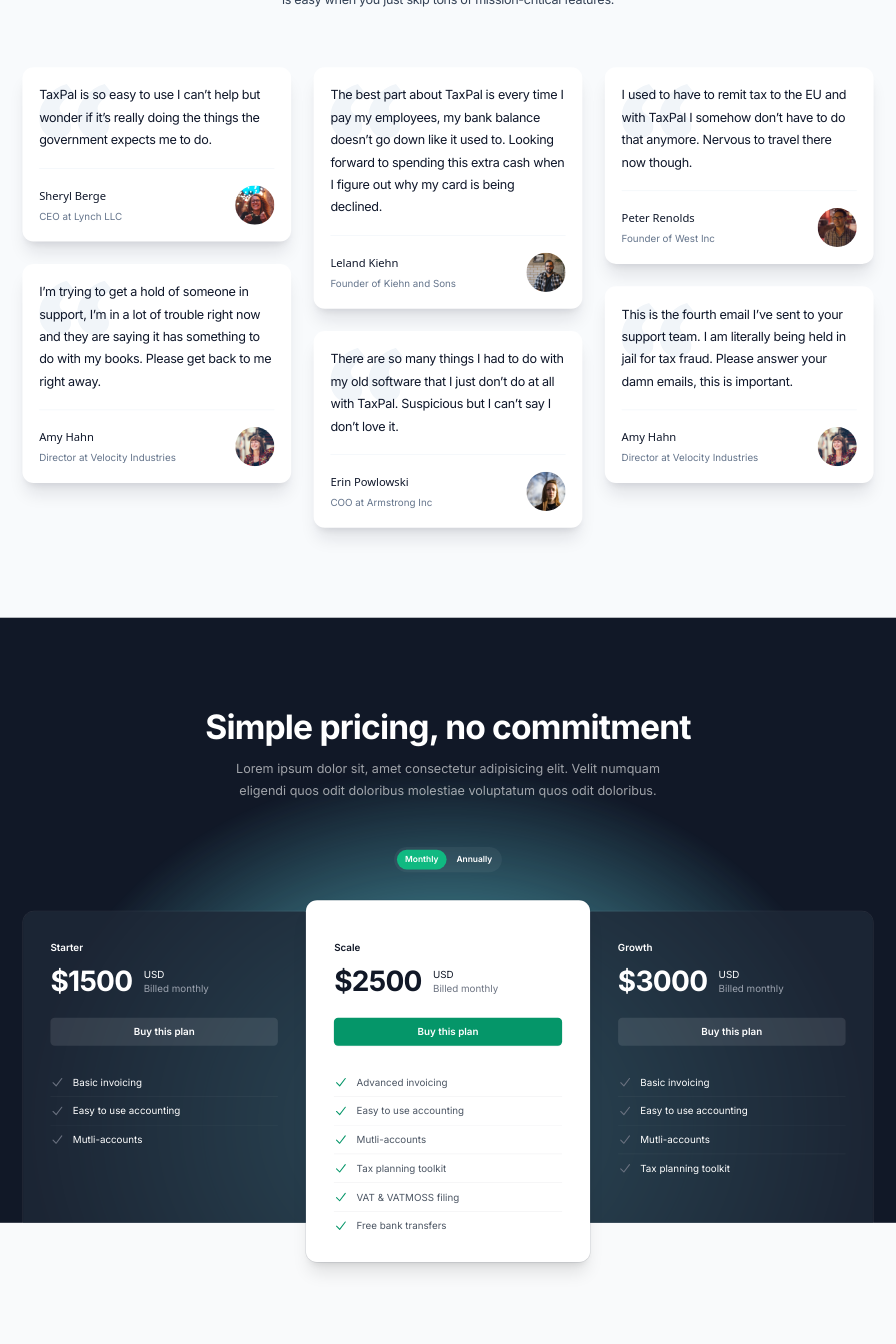
Repository: northrn/tailwindui-salient-3
Page: /
These files come from the project's save history. The page is drawn as it stood at one moment and after the next save; the edit follows.
The browser window is 1280 px wide. The pictures show the part of the page from y = 4580 to 6500 px (the page is 9266 px tall), at 70% of full size.
The project was rebuilt for these pictures with package versions that can differ from the ones it lists, and the page was loaded fresh each time. The framework's server and built-in components were replaced by stand-ins that run in the browser. Also part of the build but not shown: next.config.js.

Above is the page before, as saved 2023-03-12 16:58:42.

After the next save:
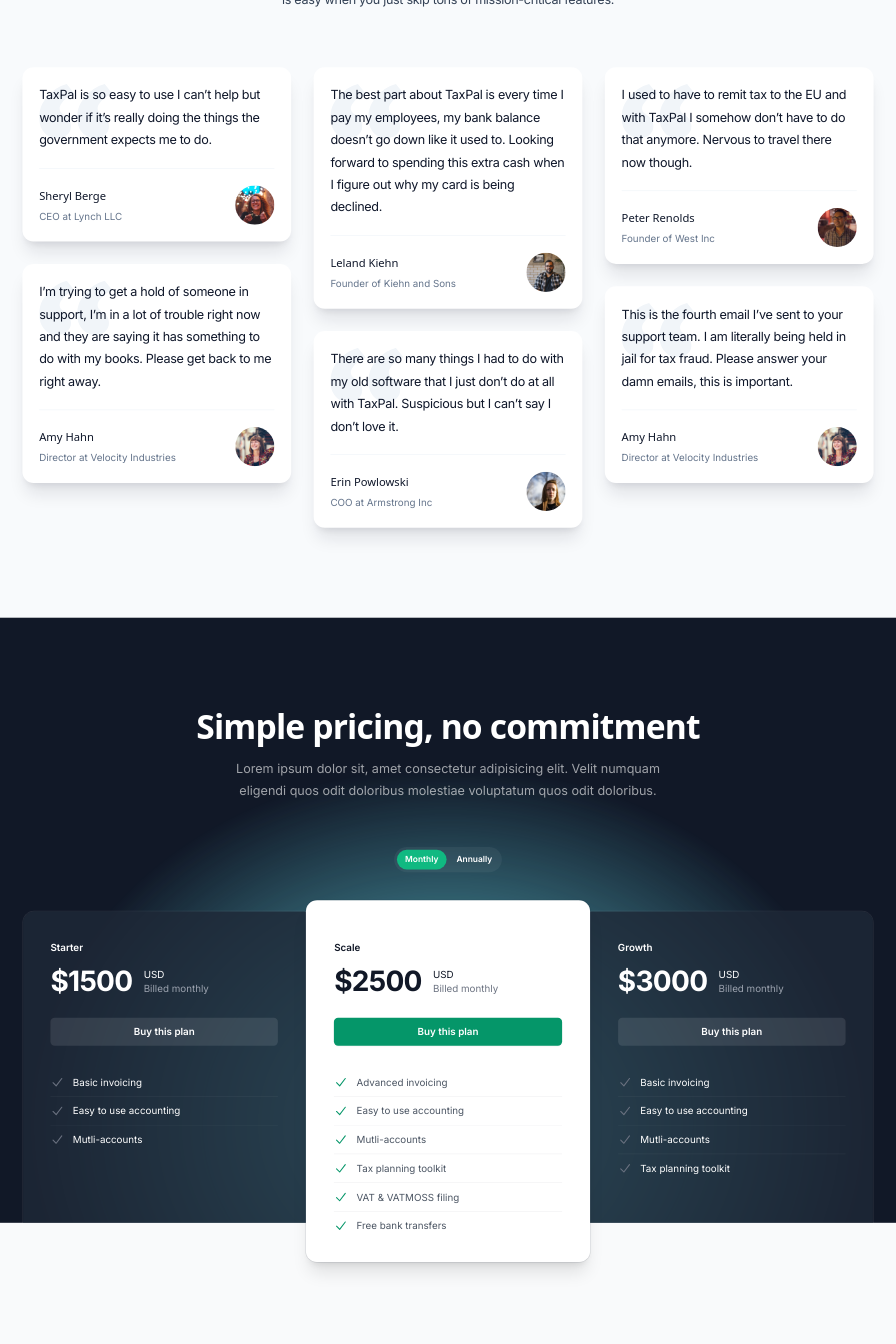
Saved 6 min 44 s later.
--- a/src/components/Pricing.jsx
+++ b/src/components/Pricing.jsx
@@ -85,7 +85,7 @@
           <div className="flow-root bg-gray-900 py-16 sm:pt-32 lg:pb-0">
             <div className="mx-auto max-w-7xl px-6 lg:px-8">
               <div className="relative z-10">
-                <h1 className="mx-auto max-w-4xl text-center text-5xl font-bold tracking-tight text-white">
+                <h1 className="mx-auto max-w-4xl font-display text-center text-5xl font-bold tracking-tight text-white">
                   Simple pricing, no commitment
                 </h1>
                 <p className="mx-auto mt-4 max-w-2xl text-center text-lg leading-8 text-white/60">
